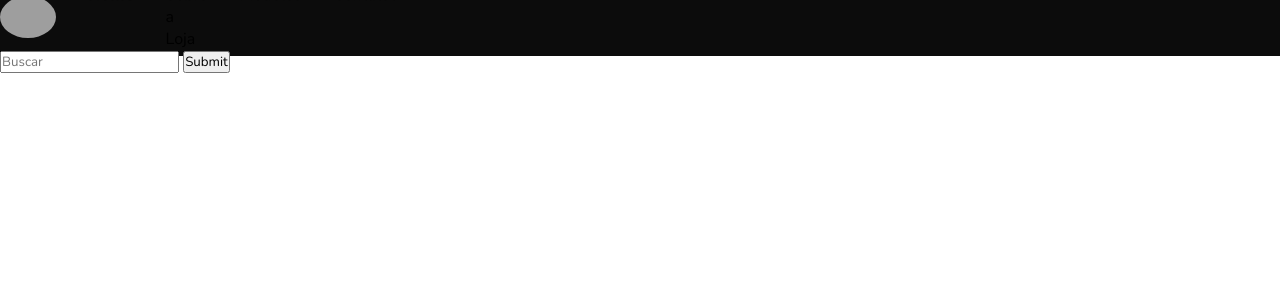
Repository: analessp/dicriastreet
Page: index.html
The author's editor kept a copy of each file at every save. The page is drawn from the files as they stood at one save, then again after a run of saves.
The browser window is 1280 px wide. The pictures show the whole page.
Pictures or frames that could not be fetched are drawn as grey boxes.

Above is the page before, as saved 2025-04-17 11:21:13.

After the next 3 saves:
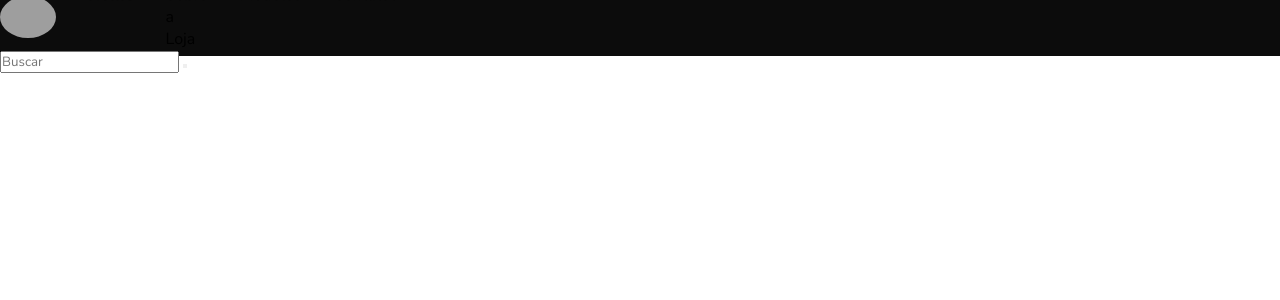
The 3 saves are shown as one change because they came seconds apart.
The last was saved 88 s later.
--- a/index.html
+++ b/index.html
@@ -24,7 +24,7 @@
         </nav>
         <div id="header-search-bar">
             <input type="text" placeholder="Buscar">
-            <input type="submit">
+            <button>
         </div>
     </header>
     <main></main>
